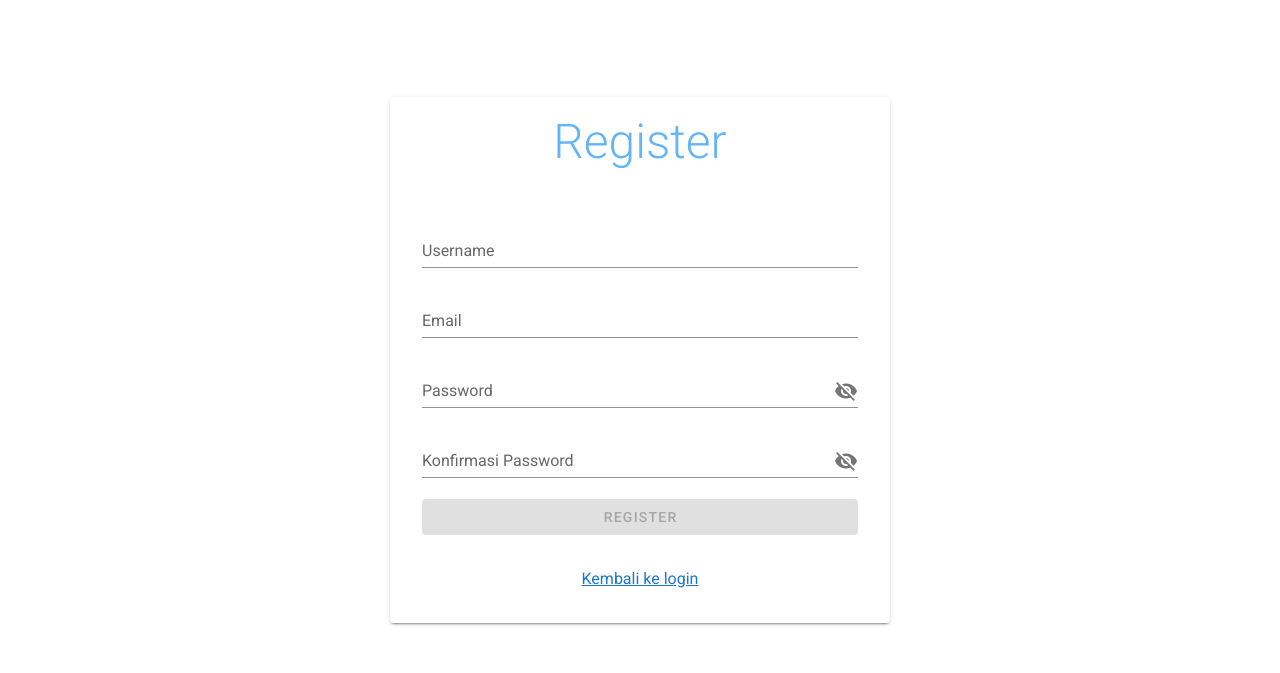
Repository: wildanpurnomo/kulia-fe
Page: /register
These files come from the project's save history. The page is drawn as it stood at one moment and after a run of saves; the edit follows.
The browser window is 1280 px wide. The pictures show the whole page.
The page's requests for data from a server got no answer. The project was rebuilt for these pictures with package versions that can differ from the ones it lists, and the page was loaded fresh each time. No one was signed in, and anything a server would have sent is missing. Also part of the build but not shown: vue.config.js. Imported but missing from the stored project, and not drawn on this page: src/views/partials/main/MyProfile.vue.

Above is the page before, as saved 2020-11-27 22:29:42.

### src/router/index.js
import Vue from 'vue'
import VueRouter from 'vue-router'
import { landingRouter } from './landing.router'
import { authRouter } from './auth.router'
import { mainRouter } from './main.router'
import { fallbackRouter } from './404.router'

Vue.use(VueRouter)

const routes = [
  landingRouter,
  authRouter,
  mainRouter,
  fallbackRouter
]

const router = new VueRouter({
  mode: 'history',
  base: process.env.BASE_URL,
  routes
})

export default router

### src/store/index.js
import Vue from 'vue'
import Vuex from 'vuex'
import { auth } from './auth.store'
import { content } from './content.store'

Vue.use(Vuex)

export default new Vuex.Store({
  modules: {
    auth,
    content,
  }
})

### src/router/landing.router.js
export const landingRouter = {
    path: '/',
    name: 'Landing',
    component: () => import('@/views/Landing.vue')
}

### src/router/auth.router.js
export const authRouter = {
    path: '',
    component: () => import('@/views/Auth.vue'),
    children: [
        {
            path: '/login',
            name: 'Login',
            component: () => import('@/views/partials/auth/Login.vue')
        },
        {
            path: '/register',
            name: 'Register',
            component: () => import('@/views/partials/auth/Register.vue')
        }
    ]
}

### src/router/main.router.js
export const mainRouter = {
    path: '',
    component: () => import('@/views/Main.vue'),
    children:[
        {
            path: '/home',
            name: 'Home',
            component: () => import('@/views/partials/main/Home.vue')
        },
        {
            path:'/my-content',
            name: 'MyContent',
            component: () => import('@/views/partials/main/MyContent.vue')
        },
        {
            path:'/add-content',
            name: 'AddContent',
            component: () => import('@/views/partials/main/AddContent.vue')
        },
        {
            path:'/edit-content/:contentId',
            name: 'EditContent',
            component: () => import('@/views/partials/main/AddContent.vue')
        },
        {
            path:'/my-profile',
            name: 'MyProfile',
            component: () => import('@/views/partials/main/MyProfile.vue')
        },
        {
            path:'/my-following',
            name: 'MyFollowing',
            component: () => import('@/views/partials/main/MyFollowing.vue')
        }
    ]
}

### src/router/404.router.js
export const fallbackRouter = {
    path: '*',
    name: 'Fallback',
    component: () => import('@/views/404.vue')
}

### src/store/auth.store.js
import AuthService from '@/services/auth.service';
import UserModel from '@/models/user.model';

const initialAuthState = { userData: new UserModel() };

export const auth = {
    namespaced: true,
    state: initialAuthState,
    actions: {
        login({ commit }, userData) {
            return AuthService.login(userData)
                .then(
                    response => {
                        commit('authSuccess', response.data.data);
                        return Promise.resolve(response);
                    },
                    error => {
                        return Promise.reject(error);
                    }
                )
        },
        register({ commit }, userData) {
            return AuthService.register(userData)
                .then(
                    response => {
                        commit('authSuccess', response.data.data);
                        return Promise.resolve(response);
                    },
                    error => {
                        return Promise.reject(error);
                    }
                )
        },
        logout({ commit }) {
            return AuthService.logout()
                .then(
                    response => {
                        commit('logoutSuccess');
                        return Promise.resolve(response);
                    },
                    error => {
                        return Promise.reject(error);
                    }
                );
        },
        authenticate({ commit }) {
            return AuthService.authenticate()
                .then(
                    response => {
                        commit('authSuccess', response.data.data);
                        return Promise.resolve(response);
                    },
                    error => { return Promise.reject(error); }
                )
        },
    },
    mutations: {
        authSuccess(state, userData) {
            state.userData = userData;
        },
        logoutSuccess(state) {
            state.userData = initialAuthState.userData;
        },
    },
    getters: {
        userData: (state) => {
            return state.userData;
        }
    }
}

### src/store/content.store.js
import ContentService from '@/services/content.service';
import ContentModel from '@/models/content.model';

const initialContentState = {
    personalContentList: [],
    detailContent: new ContentModel()
};

export const content = {
    namespaced: true,
    state: initialContentState,
    actions: {
        getContentById({ commit }, contentId) {
            return ContentService.getContentById(contentId)
                .then(
                    response => {
                        commit('updateDetailContent', response.data.data);
                        return Promise.resolve(response);
                    },
                    error => {
                        return Promise.reject(error);
                    }
                )
        },
        getPersonalContent({ commit }) {
            return ContentService.getPersonalContent()
                .then(
                    response => {
                        commit('updatePersonalContentList', response.data.data);
                        return Promise.resolve(response);
                    },
                    error => {
                        return Promise.reject(error);
                    }
                );
        },
        getContentByCreatorId({ commit }, creatorId) {
            return ContentService.getContentByCreatorId(creatorId)
                .then(
                    response => {
                        commit('doNothing');
                        return Promise.resolve(response);
                    },
                    error => {
                        return Promise.reject(error);
                    }
                );
        },
        createContent({ commit }, contentData) {
            return ContentService.createContent(contentData)
                .then(
                    response => {
                        commit('updatePersonalContentList', response.data.data);
                        return Promise.resolve(response);
                    },
                    error => {
                        return Promise.reject(error);
                    }
                );
        },
        editContent({ commit }, contentData) {
            return ContentService.editContent(contentData)
                .then(
                    response => {
                        commit('updatePersonalContentList', response.data.data);
                        return Promise.resolve(response);
                    },
                    error => {
                        return Promise.reject(error);
                    }
                );
        },
        deleteContent({ commit }, contentId) {
            return ContentService.deleteContent(contentId)
                .then(
                    response => {
                        commit('updatePersonalContentList', response.data.data);
                        return Promise.resolve(response);
                    },
                    error => {
                        return Promise.reject(error);
                    }
                );
        },
        resetState({ commit }) {
            commit('resetState');
        }
    },
    mutations: {
        updateDetailContent(state, contentData) {
            state.detailContent = contentData;
        },
        updatePersonalContentList(state, contentList) {
            state.personalContentList = contentList;
        },
        resetState(state) {
            state.personalContentList = [],
            state.detailContent = new ContentModel()
        },
        doNothing() { }
    },
    getters: {
        personalContentList: (state) => {
            return state.personalContentList;
        },
        detailContent: (state) => {
            return state.detailContent;
        }
    }
}

### src/views/Auth.vue
<template>
  <router-view></router-view>
</template>
<script>
export default {
  name: "Auth",
  methods: {
    async authenticate() {
      try {
        let response = await this.$store.dispatch("auth/authenticate");
        if (response.status === 200) {
          this.$router.push({ name: "Home" });
        }
      } catch (error) {
        this.logout();
      }
    },
    async logout() {
      await this.$store.dispatch("auth/logout");
    },
  },
  created() {
    this.authenticate();
  },
};
</script>

### src/views/partials/auth/Register.vue
<template>
  <v-container fill-height>
    <v-row>
      <v-col cols="12">
        <v-row justify="center">
          <v-card class="pa-8" width="500">
            <v-row justify="center">
              <div
                class="mb-16 text-h3 font-weight-light blue--text text--lighten-2"
              >
                Register
              </div>
            </v-row>
            <v-form ref="registerForm" v-model="isFormValid">
              <v-text-field
                v-model="user.username"
                :rules="this.usernameRules"
                label="Username"
                type="text"
                required
              ></v-text-field>
              <v-text-field
                v-model="user.email"
                :rules="this.emailRules"
                label="Email"
                type="email"
                required
              ></v-text-field>
              <v-text-field
                v-model="user.password"
                :rules="this.passwordRules"
                label="Password"
                :append-icon="isPasswordShown ? 'mdi-eye' : 'mdi-eye-off'"
                :type="isPasswordShown ? 'text' : 'password'"
                @click:append="isPasswordShown = !isPasswordShown"
                required
              ></v-text-field>
              <v-text-field
                v-model="user.passwordConfirmation"
                label="Konfirmasi Password"
                :append-icon="isPasswordShown ? 'mdi-eye' : 'mdi-eye-off'"
                :type="isPasswordShown ? 'text' : 'password'"
                required
                :rules="passwordConfirmationRules"
                @click:append="isPasswordShown = !isPasswordShown"
              ></v-text-field>
              <div class="text-center mb-8">
                <v-btn
                  type="submit"
                  class="primary"
                  width="100%"
                  :disabled="!isFormValid || isFormLoading"
                  :loading="isFormLoading"
                  @click.prevent="register"
                  >Register</v-btn
                >
              </div>
              <div class="text-center">
                <router-link :to="{ name: 'Login' }"
                  >Kembali ke login</router-link
                >
              </div>
              <div class="h6 red--text" :hidden="errorMessage.length === 0">
                {{ errorMessage }}
              </div>
            </v-form>
          </v-card>
        </v-row>
      </v-col>
    </v-row>
  </v-container>
</template>
<script>
import formInputMixin from "@/mixins/form.mixin";
import errorMixin from "@/mixins/error.mixin";
import UserModel from "@/models/user.model";

export default {
  name: "Register",
  data: () => ({
    user: new UserModel(),
    errorMessage: "",
    passwordConfirmation: "",
    isPasswordShown: false,
  }),
  computed: {
    passwordConfirmationRules() {
      return [
        (v) =>
          (!!v && v) === this.user.password || "Masukkan password yang sama.",
      ];
    },
  },
  methods: {
    async register() {
      this.isFormLoading = true;
      try {
        let response = await this.$store.dispatch("auth/register", this.user);
        if (response.status === 200) {
          this.isFormLoading = false;
          this.errorMessage = "";
          this.$router.push({ name: "Home" });
        }
      } catch (error) {
        this.isFormLoading = false;
        this.errorMessage = this.getErrorMessage(error);
      }
    },
  },
  mixins: [formInputMixin, errorMixin],
};
</script>

### src/services/auth.service.js
import BaseService from './base.service';

class AuthService extends BaseService {
    constructor() {
        super();
    }

    login(userData) {
        return this.sendAPIRequest('/auth/login', 'POST', userData);
    }

    register(userData) {
        return this.sendAPIRequest('/auth/register', 'POST', userData);
    }

    logout() {
        return this.sendAPIRequest('/auth/logout', 'POST');
    }

    authenticate() {
        return this.sendAPIRequest('/auth/authenticate', 'GET');
    }
}

export default new AuthService();

### src/models/user.model.js
export default class User {
    constructor() {
        this.username = '';
        this.password = '';
        this.passwordConfirmation = '';
        this.email = '';
    }
}

### src/services/content.service.js
import BaseService from './base.service';

class ContentService extends BaseService {
    constructor() {
        super();
    }

    getContentById(contentId) {
        return this.sendAPIRequest(`/content/${contentId}`, 'GET');
    }

    getPersonalContent() {
        return this.sendAPIRequest('/content/personal/me', 'GET');
    }

    getContentByCreatorId(creatorId) {
        return this.sendAPIRequest(`/content/by_creator/${creatorId}`, 'GET');
    }

    createContent(contentData) {
        return this.sendAPIRequest('/content', 'POST', contentData);
    }

    editContent(contentData) {
        return this.sendAPIRequest(`/content/edit/${contentData._id}`, 'PUT', contentData);
    }

    deleteContent(contentId) {
        return this.sendAPIRequest(`/content/delete/${contentId}`, 'DELETE');
    }
}

export default new ContentService();

### src/models/content.model.js
export default class ContentModel {
    constructor(title = '', description = '') {
        this.title = title;
        this.description = description;
    }
}

### src/mixins/form.mixin.js
export default {
    data: () => ({
        usernameRules: [
            v => !!v || "Mohon masukkan username",
            v => (v || "").length >= 6 || "Minimal 6 karakter"
        ],
        emailRules: [
            v => !!v || "Mohon masukkan email",
            v => /.+@.+/.test(v) || "Alamat email tidak valid",
        ],
        passwordRules: [
            v => (v || "").length >= 8 || "Minimal 8 karakter",
            v =>
                /(?=.*[a-z])/.test(v) || "Harus terdapat minimal satu huruf kecil",
            v =>
                /(?=.*[A-Z])/.test(v) || "Harus terdapat minimal satu huruf besar",
            v =>
                /(?=.*[0-9])/.test(v) || "Harus terdapat minimal satu digit angka"
        ],
        isFormValid: false,
        isFormLoading: false,
    })
}

### src/mixins/error.mixin.js
export default {
    methods: {
        getErrorMessage(error) {
            if (error.response) {
                return error.response.data.data.message;
            } else {
                return "Terjadi kesalahan. Silahkan coba ulang lain kali.";
            }
        }
    }
}

### src/services/base.service.js
import axios from 'axios';

export default class BaseService {
    constructor() {
        this.baseUrl = process.env.VUE_APP_API_BASE_URL;
        //this.baseUrl = 'http://localhost:3000/api';
    }

    sendAPIRequest(endpoint, method = 'GET', requestBody = null) {
        requestBody = requestBody === null ? {} : requestBody;
        let result;
        if (method === 'GET') {
            result = axios.get(`${this.baseUrl}${endpoint}`, { params: requestBody });
        } else if (method === 'POST') {
            result = axios.post(`${this.baseUrl}${endpoint}`, requestBody);
        } else if (method === 'PUT') {
            result = axios.put(`${this.baseUrl}${endpoint}`, requestBody);
        } else if (method === 'DELETE') {
            result = axios.delete(`${this.baseUrl}${endpoint}`, requestBody);
        }
        return result
            .then(
                response => {
                    this.logResponseIfDebug(endpoint, response.data);
                    return response;
                }
            );
    }

    logResponseIfDebug(endpoint, responseData) {
        if (process.env.NODE_ENV === 'development') {
            console.log(`Response from ${endpoint}`, responseData);
        }
    }
}

Loaded but not shown: public/index.html (common file); src/main.js (common file); src/App.vue (common file); src/registerServiceWorker.js (common file); src/plugins/vuetify.js (common file)

After the next 2 saves:
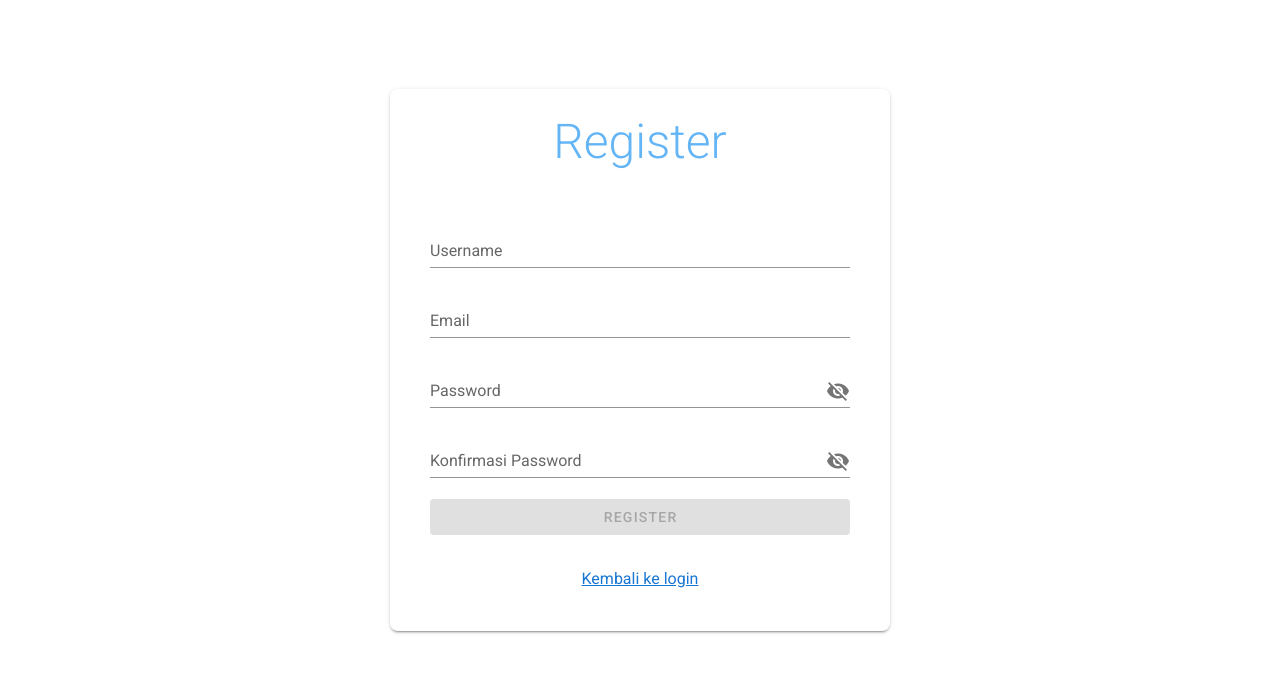
The 2 saves are shown as one change because they came seconds apart.
The last was saved 2 min 43 s later.
--- a/src/views/partials/auth/Register.vue
+++ b/src/views/partials/auth/Register.vue
@@ -3,7 +3,7 @@
     <v-row>
       <v-col cols="12">
         <v-row justify="center">
-          <v-card class="pa-8" width="500">
+          <v-card class="pa-10 rounded-lg" width="500">
             <v-row justify="center">
               <div
                 class="mb-16 text-h3 font-weight-light blue--text text--lighten-2"
